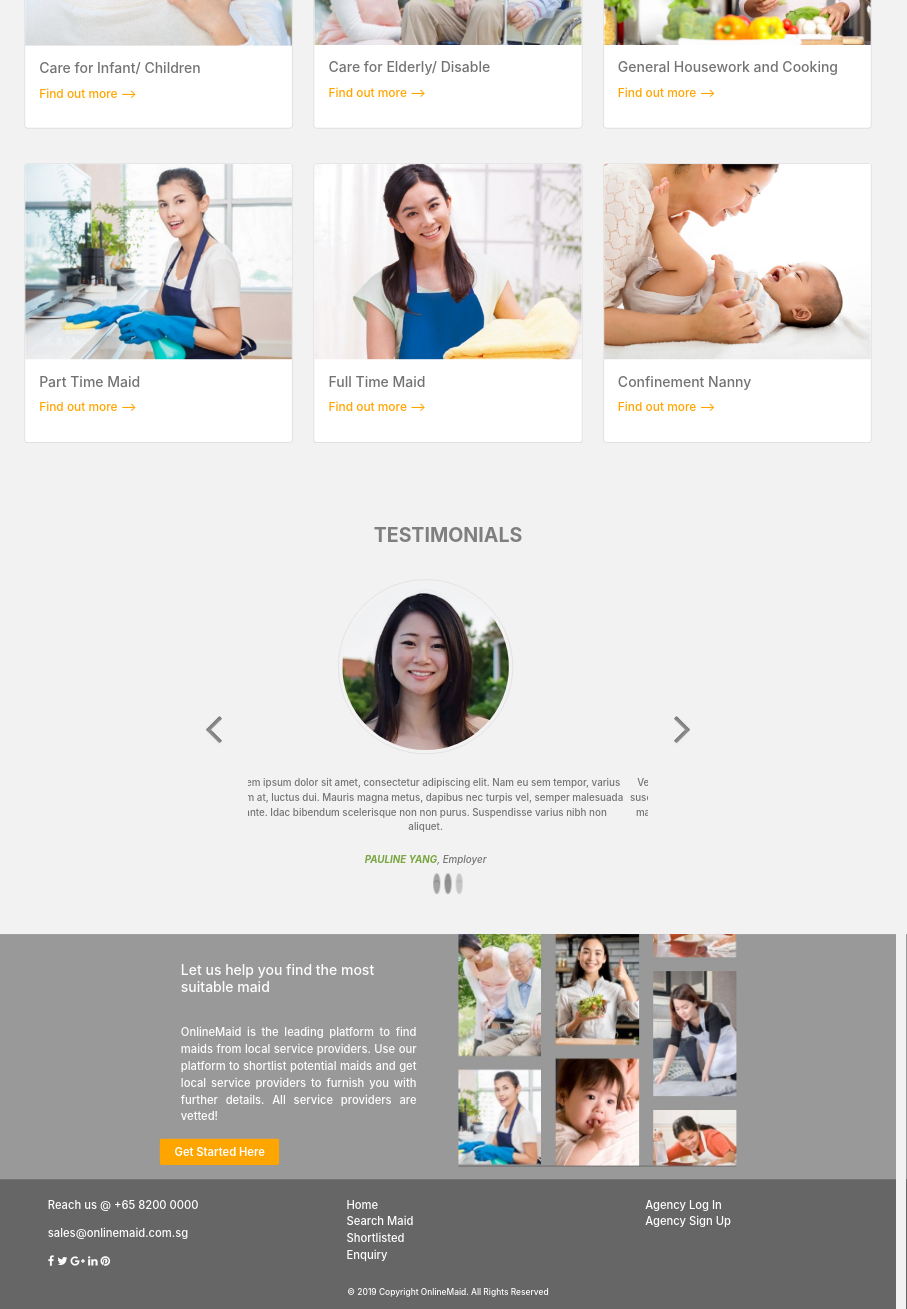
Repository: Code-Institute-Submissions/eileensiah-Project-4
Page: http://localhost/
The author's editor kept a record of every edit. The page is drawn from the files as they stood at one moment, then again after the next edit.
The browser window is 1280 px wide. The page is 1295 px wide, so the pictures cover 1295 px, including what lies to the right of the window. The pictures show the part of the page from y = 1439 to 3319 px (the page is 3309 px tall before and 3319 px after), at 70% of full size.
Some web libraries are served in a nearby version. The page is served by the project's application, run on Django 2.2 (manage.py).

Above is the page before.

After the next edit:
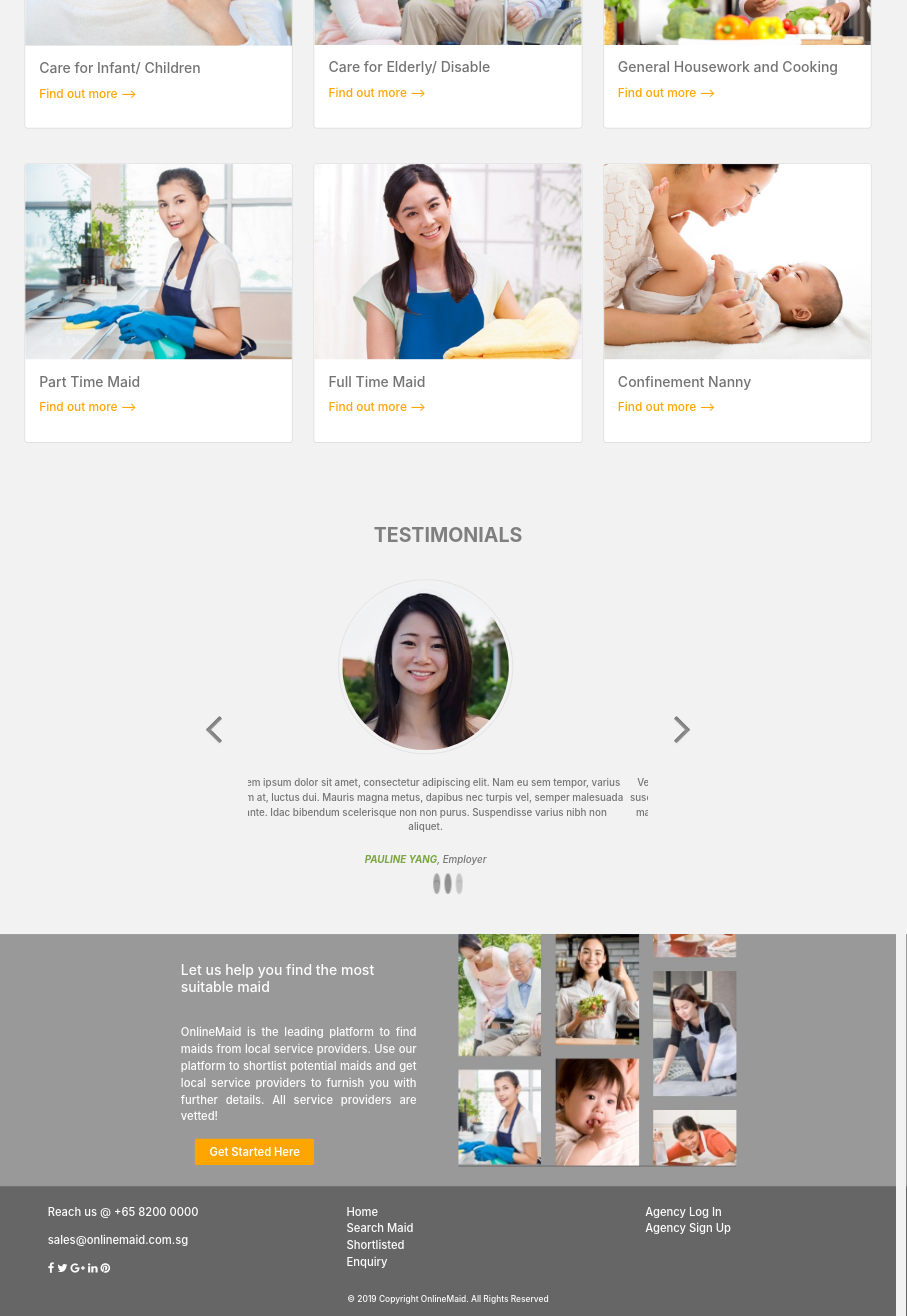
The edit:
--- a/static/style.css
+++ b/static/style.css
@@ -219,7 +219,7 @@
     color: white;
     padding: 0px 20px;
     min-height: 38px;
-    margin: 0px;
+    margin: 0px 50px 30px;
     font-weight: 600
 }
 
